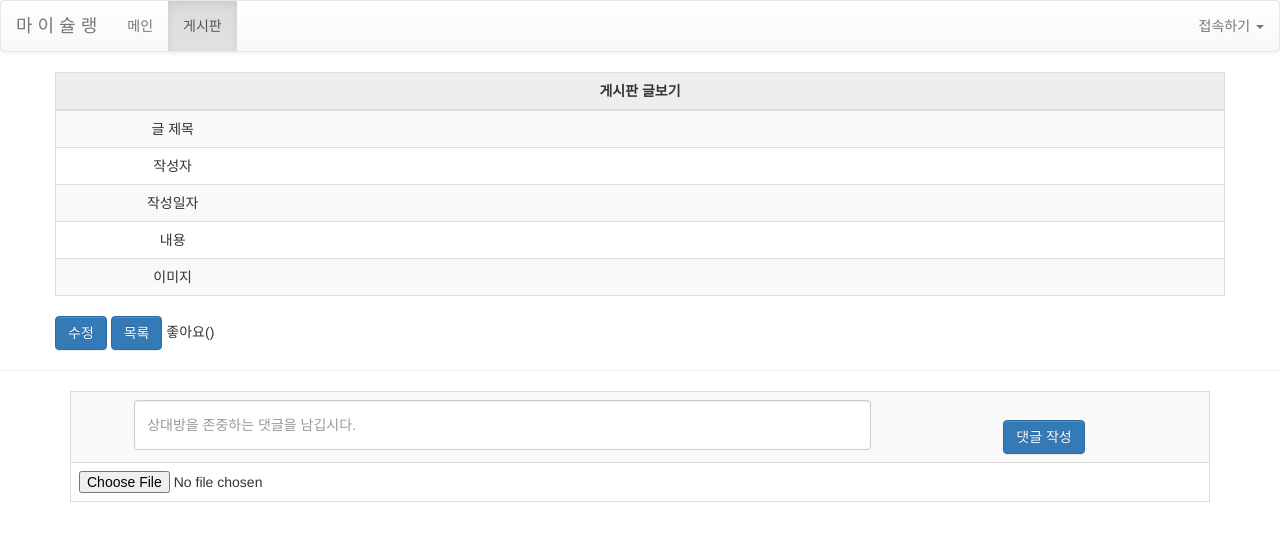
Repository: serendipity63/mychelin
Page: http://localhost/board/WEB-INF/views/detailform.jsp
These files come from the project's save history. The page is drawn as it stood at one moment and after the next save; the edit follows.
The browser window is 1280 px wide. The pictures show the whole page.
Some web libraries are served in a nearby version. The page is served by Tomcat 9. Nobody is signed in. The template is opened directly, without the code that normally fills it, so the values that code supplies are empty.

Above is the page before, as saved 2024-01-11 13:48:07.
Console error (its wording comes from the project's code and is left out).

After the next save:
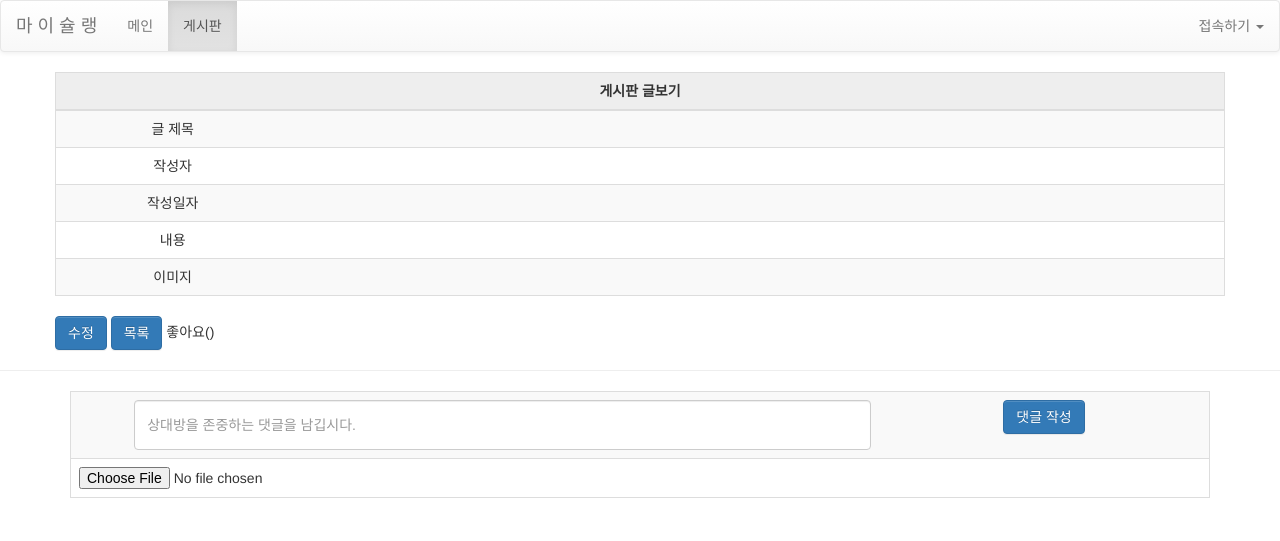
Saved 10 s later.
--- a/board/src/main/webapp/WEB-INF/views/detailform.jsp
+++ b/board/src/main/webapp/WEB-INF/views/detailform.jsp
@@ -189,7 +189,7 @@
 				<tr>
 					<td style="border-bottom:none;" valign="middle"><br>${user.id}</td>
 					<td><input type="text" style="height:5rem;" class="form-control" placeholder="상대방을 존중하는 댓글을 남깁시다." name = "commentText"></td>
-					<td><br><input type="submit" class="btn btn-primary" value="댓글 작성"></td>
+					<td><input type="submit" class="btn btn-primary" value="댓글 작성"></td>
 				</tr>
 				<tr>
 					<td colspan="3"><input type="file" name="fileName"></td>
